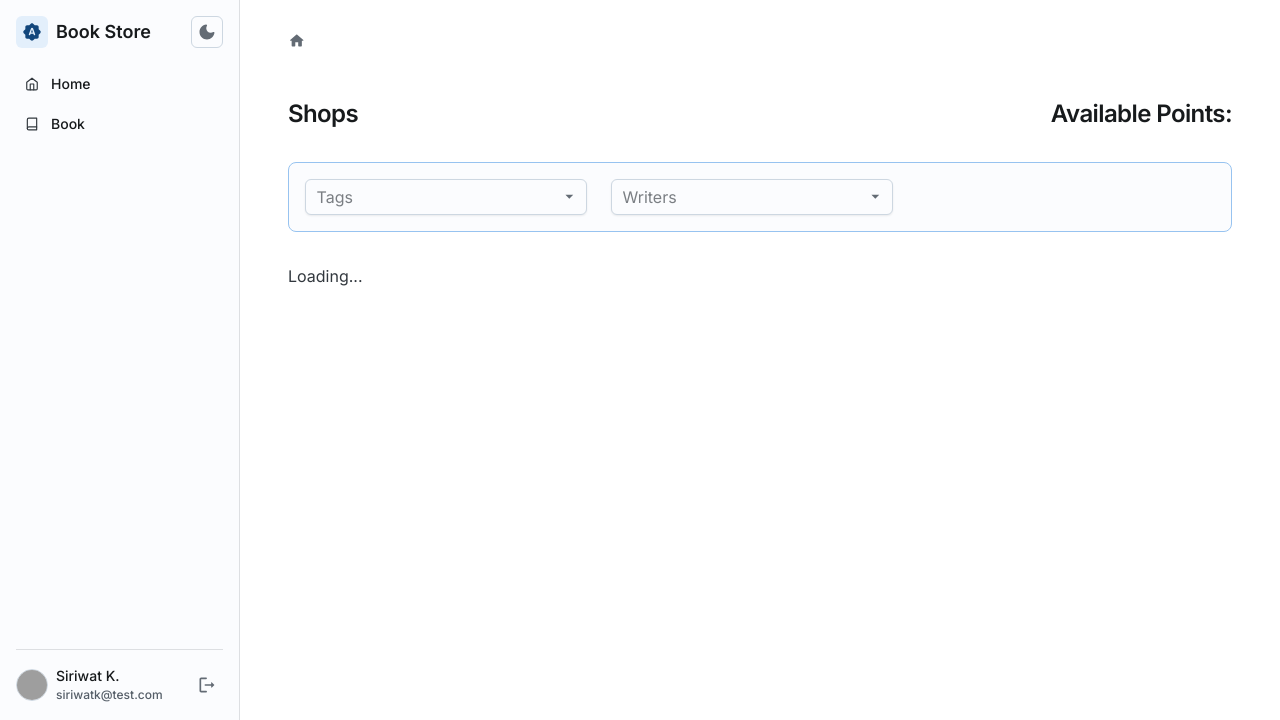
Repository: LaurentiusKevin/bookstore-fe
Page: /
The author's editor kept a copy of each file at every save. The page is drawn from the files as they stood at one save, then again after the next save.
The browser window is 1280 px wide. The pictures show the whole page.
Pictures or frames that could not be fetched are drawn as grey boxes. The page's requests for data from a server got no answer. The project was rebuilt for these pictures with package versions that can differ from the ones it lists, and the page was loaded fresh each time. The framework's server and built-in components were replaced by stand-ins that run in the browser. No one was signed in, and anything a server would have sent is missing. Also part of the build but not shown: next.config.mjs, src/components/book-card.tsx.

Above is the page before, as saved 2024-04-07 05:50:02.

### src/app/layout.tsx
import type { Metadata } from "next";
import { Inter } from "next/font/google";
import "@fontsource/inter";
import ThemeRegistry from "@/components/admin/theme-registry";
import { Providers } from "@/providers";
import { ReactNode } from "react";

const inter = Inter({ subsets: ["latin"] });

export const metadata: Metadata = {
  title: "Create Next App",
  description: "Generated by create next app",
};

export default function RootLayout({
  children,
}: Readonly<{
  children: ReactNode;
}>) {
  return (
    <html lang="en">
      <body suppressHydrationWarning={true}>
        <ThemeRegistry options={{ key: "joy" }}>
          <Providers>{children}</Providers>
        </ThemeRegistry>
      </body>
    </html>
  );
}

### src/app/page.tsx
"use client";

import { bookListAPI, bookPurchaseAPI } from "@/apis/book.api";
import { latestPointAPI } from "@/apis/point.api";
import { tagListAPI } from "@/apis/tag.api";
import { writerListAPI } from "@/apis/writer.api";
import AdminLayout from "@/components/admin/admin-layout";
import BookCard from "@/components/book-card";
import { BookResponse, TagListParams, WriterListParams } from "@/interfaces";
import {
  AspectRatio,
  Autocomplete,
  Box,
  Button,
  Card,
  CardContent,
  Stack,
  Typography,
} from "@mui/joy";
import { useRouter } from "next/navigation";
import { useEffect, useRef, useState } from "react";

export default function Home() {
  const route = useRouter();
  const [page, setPage] = useState(1);
  const [pageSize, setPageSize] = useState(10);
  const [maxPage, setMaxPage] = useState(1);
  const [isLoading, setIsLoading] = useState(false);
  const [books, setBooks] = useState<BookResponse[]>([]);
  const [availablePoint, setAvailablePoint] = useState<number>(0);
  const [writerList, setWriterList] = useState<WriterListParams[]>([]);
  const [tagList, setTagList] = useState<TagListParams[]>([]);
  const [selectedTag, setSelectedTag] = useState<string[]>([]);
  const loaderRef = useRef(null);

  const token = localStorage.getItem("token");

  const initWriterList = async () => {
    const writer = await writerListAPI();

    setWriterList(writer?.data.data);
  };

  const initTagList = async () => {
    const tags = await tagListAPI();

    setTagList(tags?.data.data);
  };

  const initLatestPoint = async () => {
    const res = await latestPointAPI();
    setAvailablePoint(res?.data.data);
  };

  const initBookList = async () => {
    setIsLoading(true);
    const res = await bookListAPI({ page: page, pageSize: pageSize });

    if (res?.data.data.books) {
      setIsLoading(false);
      setBooks((prev) => [...prev, ...res?.data.data.books]);
      setMaxPage(res?.data.data.totalPage);
    }
  };

  const purchase = async (book_id: number) => {
    await bookPurchaseAPI(book_id);
    initLatestPoint();
  };

  useEffect(() => {
    initBookList();
    initLatestPoint();
  }, [page]);

  useEffect(() => {
    const options = {
      root: null,
      rootMargin: "0px",
      threshold: 0.8, // 80% from the top
    };

    const observer = new IntersectionObserver((entries) => {
      entries.forEach((entry) => {
        if (entry.isIntersecting && page <= maxPage) {
          setPage((prevPage) => prevPage + 1); // Load more data when the threshold is reached
        }
      });
    }, options);

    if (loaderRef.current) {
      observer.observe(loaderRef.current);
    }

    return () => {
      if (loaderRef.current) {
        observer.unobserve(loaderRef.current);
      }
    };
  }, []);

  return (
    <AdminLayout>
      <Box
        sx={{
          display: "flex",
          justifyContent: "space-between",
        }}
      >
        <Typography level="h3">Shops</Typography>
        <Typography level="h3">Available Points: {availablePoint}</Typography>
      </Box>
      <Card color="primary">
        <CardContent>
          <Stack flexDirection="row" gap={3}>
            <Autocomplete
              placeholder="Tags"
              multiple
              options={tagList?.map((item) => item.title) ?? []}
              onChange={(event, newValue) => setSelectedTag(newValue)}
            />
            <Autocomplete
              placeholder="Writers"
              multiple
              options={tagList?.map((item) => item.title) ?? []}
              onChange={(event, newValue) => setSelectedTag(newValue)}
            />
          </Stack>
        </CardContent>
      </Card>
      <Stack flexDirection="row" flexWrap="wrap" gap={2}>
        {books?.map((item, key) => (
          <BookCard item={item} purchase={purchase} />
        ))}
        <div ref={loaderRef}>Loading...</div>
      </Stack>
    </AdminLayout>
  );
}

### src/components/admin/theme-registry.tsx
"use client";
import createCache from "@emotion/cache";
import { useServerInsertedHTML } from "next/navigation";
import { CacheProvider } from "@emotion/react";
import { CssVarsProvider } from "@mui/joy/styles";
import CssBaseline from "@mui/joy/CssBaseline";
import * as React from "react";
import { ReactNode } from "react";

// This implementation is from emotion-js
// https://github.com/emotion-js/emotion/issues/2928#issuecomment-1319747902
export default function ThemeRegistry(props: {
  options: { key: string };
  children: ReactNode;
}) {
  const { options, children } = props;

  const [{ cache, flush }] = React.useState(() => {
    const cache = createCache(options);
    cache.compat = true;
    const prevInsert = cache.insert;
    let inserted: string[] = [];
    cache.insert = (...args) => {
      const serialized = args[1];
      if (cache.inserted[serialized.name] === undefined) {
        inserted.push(serialized.name);
      }
      return prevInsert(...args);
    };
    const flush = () => {
      const prevInserted = inserted;
      inserted = [];
      return prevInserted;
    };
    return { cache, flush };
  });

  useServerInsertedHTML(() => {
    const names = flush();
    if (names.length === 0) {
      return null;
    }
    let styles = "";
    for (const name of names) {
      styles += cache.inserted[name];
    }
    return (
      <style
        key={cache.key}
        data-emotion={`${cache.key} ${names.join(" ")}`}
        dangerouslySetInnerHTML={{
          __html: styles,
        }}
      />
    );
  });

  return (
    <CacheProvider value={cache}>
      <CssVarsProvider>
        {/* the custom theme is optional */}
        <CssBaseline />
        {children}
      </CssVarsProvider>
    </CacheProvider>
  );
}

### src/providers.tsx
"use client";

import React, { ReactNode } from "react";

export function Providers({ children }: { children: ReactNode }) {
  return <>{children}</>;
}

### src/apis/book.api.ts
import { AxiosError, AxiosResponse } from "axios";
import axiosInstance from "./axios-instance";
import { BookCreateParams, PaginationParams } from "@/interfaces";

export async function bookListAPI(params: PaginationParams) {
  return await axiosInstance
    .get(`/book?page=${params.page || 1}&pageSize=${params.pageSize || 10}`)
    .then((response: AxiosResponse) => {
      return response;
    })
    .catch((error: AxiosError) => {
      console.error(error);
      return null;
    });
}

export async function bookCreateAPI(params: BookCreateParams) {
  return await axiosInstance
    .post(`/book`, params)
    .then((response: AxiosResponse) => {
      return response;
    })
    .catch((error: AxiosError) => {
      console.error(error);
      return null;
    });
}

export async function bookPurchaseAPI(book_id: number) {
  return await axiosInstance
    .post(`/user-purchase`, { book_id: book_id })
    .then((response: AxiosResponse) => {
      return response;
    })
    .catch((error: AxiosError) => {
      console.error(error);
      return null;
    });
}

### src/apis/point.api.ts
import { AxiosError, AxiosResponse } from "axios";
import axiosInstance from "./axios-instance";

export async function latestPointAPI() {
  return await axiosInstance
    .get(`/point/latest`)
    .then((response: AxiosResponse) => {
      return response;
    })
    .catch((error: AxiosError) => {
      console.error(error);
      return null;
    });
}

### src/apis/tag.api.ts
import { AxiosError, AxiosResponse } from "axios";
import axiosInstance from "./axios-instance";

export async function tagListAPI() {
  return await axiosInstance
    .get(`/tags`)
    .then((response: AxiosResponse) => {
      return response;
    })
    .catch((error: AxiosError) => {
      console.error(error);
      return null;
    });
}

### src/apis/writer.api.ts
import { AxiosError, AxiosResponse } from "axios";
import axiosInstance from "./axios-instance";

export async function writerListAPI() {
  return await axiosInstance
    .get(`/writers`)
    .then((response: AxiosResponse) => {
      return response;
    })
    .catch((error: AxiosError) => {
      console.error(error);
      return null;
    });
}

### src/components/admin/admin-layout.tsx
import { Box, CssBaseline, CssVarsProvider, Stack } from "@mui/joy";
import Sidebar from "@/components/admin/sidebar";
import Header from "@/components/admin/header";
import Typography from "@mui/joy/Typography";
import * as React from "react";
import { ReactNode } from "react";
import AdminBreadcrumbs from "@/components/admin/breadcrumbs";

export default function AdminLayout({
  children,
  contentMaxWidth = undefined,
  pageTitle = undefined,
}: {
  children?: ReactNode;
  contentMaxWidth?: string | undefined;
  pageTitle?: string;
}) {
  return (
    <CssVarsProvider disableTransitionOnChange>
      <CssBaseline />
      <Box sx={{ display: "flex", minHeight: "100dvh" }}>
        <Sidebar />
        <Header />
        <Box
          component="main"
          className="MainContent"
          sx={{
            pt: { xs: "calc(12px + var(--Header-height))", md: 3 },
            pb: { xs: 2, sm: 2, md: 3 },
            flex: 1,
            display: "flex",
            flexDirection: "column",
            minWidth: 0,
            height: "100dvh",
            gap: 1,
            overflow: "auto",
          }}
        >
          <Box sx={{ flex: 1, width: "100%" }}>
            <Box
              sx={{
                position: "sticky",
                top: { sm: -100, md: -110 },
                bgcolor: "background.body",
                // zIndex: 9995,
              }}
            >
              <Box sx={{ px: { xs: 2, md: 6 } }}>
                <AdminBreadcrumbs />
                <Typography level="h2" component="h1" sx={{ mt: 1, mb: 2 }}>
                  {pageTitle}
                </Typography>
              </Box>
              <Stack
                spacing={4}
                sx={{
                  display: "flex",
                  maxWidth: contentMaxWidth,
                  mx: "auto",
                  px: { xs: 2, md: 6 },
                  py: { xs: 2, md: 3 },
                }}
              >
                {children}
              </Stack>
            </Box>
          </Box>
        </Box>
      </Box>
    </CssVarsProvider>
  );
}

### src/apis/axios-instance.ts
import axios from "axios";

const axiosInstance = axios.create({
  baseURL: process.env.NEXT_PUBLIC_API_URL,
});

axiosInstance.interceptors.request.use(async (config) => {
  const accessToken = localStorage.getItem("token") || "";
  config.headers.authorization = accessToken;

  // if (isTokenExpired(accessToken)) {
  //   const newAccessToken = await getNewToken();

  //   config.headers.AuthToken = `${newAccessToken}`;
  // }

  return config;
});

export default axiosInstance;

### src/components/admin/sidebar.tsx
import * as React from "react";
import GlobalStyles from "@mui/joy/GlobalStyles";
import Avatar from "@mui/joy/Avatar";
import Box from "@mui/joy/Box";
import Chip from "@mui/joy/Chip";
import Divider from "@mui/joy/Divider";
import IconButton from "@mui/joy/IconButton";
import List from "@mui/joy/List";
import ListItem from "@mui/joy/ListItem";
import ListItemButton, { listItemButtonClasses } from "@mui/joy/ListItemButton";
import ListItemContent from "@mui/joy/ListItemContent";
import Typography from "@mui/joy/Typography";
import Sheet from "@mui/joy/Sheet";
import HomeRoundedIcon from "@mui/icons-material/HomeRounded";
import AssignmentRoundedIcon from "@mui/icons-material/AssignmentRounded";
import QuestionAnswerRoundedIcon from "@mui/icons-material/QuestionAnswerRounded";
import LogoutRoundedIcon from "@mui/icons-material/LogoutRounded";
import BrightnessAutoRoundedIcon from "@mui/icons-material/BrightnessAutoRounded";
import KeyboardArrowDownIcon from "@mui/icons-material/KeyboardArrowDown";

import ColorSchemeToggle from "@/components/admin/color-scheme-toggle";
import { closeSidebar } from "@/utils";
import { FiBook, FiHome } from "react-icons/fi";

function Toggler({
  defaultExpanded = false,
  renderToggle,
  children,
}: {
  defaultExpanded?: boolean;
  children: React.ReactNode;
  renderToggle: (params: {
    open: boolean;
    setOpen: React.Dispatch<React.SetStateAction<boolean>>;
  }) => React.ReactNode;
}) {
  const [open, setOpen] = React.useState(defaultExpanded);
  return (
    <React.Fragment>
      {renderToggle({ open, setOpen })}
      <Box
        sx={{
          display: "grid",
          gridTemplateRows: open ? "1fr" : "0fr",
          transition: "0.2s ease",
          "& > *": {
            overflow: "hidden",
          },
        }}
      >
        {children}
      </Box>
    </React.Fragment>
  );
}

export default function Sidebar() {
  return (
    <Sheet
      className="Sidebar"
      sx={{
        position: { xs: "fixed", md: "sticky" },
        transform: {
          xs: "translateX(calc(100% * (var(--SideNavigation-slideIn, 0) - 1)))",
          md: "none",
        },
        transition: "transform 0.4s, width 0.4s",
        zIndex: 3,
        height: "100dvh",
        width: "var(--Sidebar-width)",
        top: 0,
        p: 2,
        flexShrink: 0,
        display: "flex",
        flexDirection: "column",
        gap: 2,
        borderRight: "1px solid",
        borderColor: "divider",
      }}
    >
      <GlobalStyles
        styles={(theme) => ({
          ":root": {
            "--Sidebar-width": "220px",
            [theme.breakpoints.up("lg")]: {
              "--Sidebar-width": "240px",
            },
          },
        })}
      />
      <Box
        className="Sidebar-overlay"
        sx={{
          position: "fixed",
          zIndex: 4,
          top: 0,
          left: 0,
          width: "100vw",
          height: "100vh",
          opacity: "var(--SideNavigation-slideIn)",
          backgroundColor: "var(--joy-palette-background-backdrop)",
          transition: "opacity 0.4s",
          transform: {
            xs: "translateX(calc(100% * (var(--SideNavigation-slideIn, 0) - 1) + var(--SideNavigation-slideIn, 0) * var(--Sidebar-width, 0px)))",
            lg: "translateX(-100%)",
          },
        }}
        onClick={() => closeSidebar()}
      />
      <Box sx={{ display: "flex", gap: 1, alignItems: "center" }}>
        <IconButton variant="soft" color="primary" size="sm">
          <BrightnessAutoRoundedIcon />
        </IconButton>
        <Typography level="title-lg">Book Store</Typography>
        <ColorSchemeToggle sx={{ ml: "auto" }} />
      </Box>
      <Box
        sx={{
          minHeight: 0,
          overflow: "hidden auto",
          flexGrow: 1,
          display: "flex",
          flexDirection: "column",
          [`& .${listItemButtonClasses.root}`]: {
            gap: 1.5,
          },
        }}
      >
        <List
          size="sm"
          sx={{
            gap: 1,
            "--List-nestedInsetStart": "30px",
            "--ListItem-radius": (theme) => theme.vars.radius.sm,
          }}
        >
          <ListItem>
            <ListItemButton component="a" href="/admin">
              <FiHome />
              <ListItemContent>
                <Typography level="title-sm">Home</Typography>
              </ListItemContent>
            </ListItemButton>
          </ListItem>
          <ListItem>
            <ListItemButton component="a" href="/admin/book">
              <FiBook />
              <ListItemContent>
                <Typography level="title-sm">Book</Typography>
              </ListItemContent>
            </ListItemButton>
          </ListItem>
        </List>
      </Box>
      <Divider />
      <Box sx={{ display: "flex", gap: 1, alignItems: "center" }}>
        <Avatar
          variant="outlined"
          size="sm"
          src="https://images.unsplash.com/photo-1535713875002-d1d0cf377fde?auto=format&fit=crop&w=286"
        />
        <Box sx={{ minWidth: 0, flex: 1 }}>
          <Typography level="title-sm">Siriwat K.</Typography>
          <Typography level="body-xs">siriwatk@test.com</Typography>
        </Box>
        <IconButton size="sm" variant="plain" color="neutral">
          <LogoutRoundedIcon />
        </IconButton>
      </Box>
    </Sheet>
  );
}

### src/components/admin/header.tsx
import * as React from "react";
import GlobalStyles from "@mui/joy/GlobalStyles";
import IconButton from "@mui/joy/IconButton";
import Sheet from "@mui/joy/Sheet";
import MenuRoundedIcon from "@mui/icons-material/MenuRounded";
import { toggleSidebar } from "@/utils";

export default function Header() {
  return (
    <Sheet
      sx={{
        display: { xs: "flex", md: "none" },
        alignItems: "center",
        justifyContent: "space-between",
        position: "fixed",
        top: 0,
        width: "100vw",
        height: "var(--Header-height)",
        zIndex: 2,
        p: 2,
        gap: 1,
        borderBottom: "1px solid",
        borderColor: "background.level1",
        boxShadow: "sm",
      }}
    >
      <GlobalStyles
        styles={(theme) => ({
          ":root": {
            "--Header-height": "52px",
            [theme.breakpoints.up("md")]: {
              "--Header-height": "0px",
            },
          },
        })}
      />
      <IconButton
        onClick={() => toggleSidebar()}
        variant="outlined"
        color="neutral"
        size="sm"
      >
        <MenuRoundedIcon />
      </IconButton>
    </Sheet>
  );
}

### src/components/admin/breadcrumbs.tsx
"use client";

import ChevronRightRoundedIcon from "@mui/icons-material/ChevronRightRounded";
import Link from "@mui/joy/Link";
import HomeRoundedIcon from "@mui/icons-material/HomeRounded";
import Breadcrumbs from "@mui/joy/Breadcrumbs";
import * as React from "react";
import { usePathname } from "next/navigation";

export default function AdminBreadcrumbs() {
  const paths = usePathname();
  const pathNames = paths
    .replace("-", " ")
    .split("/")
    .filter((path) => path);

  return (
    <Breadcrumbs
      size="sm"
      aria-label="breadcrumbs"
      separator={<ChevronRightRoundedIcon />}
      sx={{ pl: 0 }}
    >
      <Link underline="none" color="neutral" href="/admin" aria-label="Home">
        <HomeRoundedIcon />
      </Link>
      {pathNames.map((item, key) => {
        if (key >= 0 && item != "admin") {
          let href = `/${pathNames.slice(0, key + 1).join("/")}`;

          return (
            <Link
              key={`admin-breadcrumb-${key}`}
              underline="hover"
              color="neutral"
              href={href}
              fontSize={12}
              fontWeight={500}
            >
              {item.charAt(0).toUpperCase() + item.slice(1)}
            </Link>
          );
        }
      })}
    </Breadcrumbs>
  );
}

### src/components/admin/color-scheme-toggle.tsx
import * as React from "react";
import { useColorScheme } from "@mui/joy/styles";
import IconButton, { IconButtonProps } from "@mui/joy/IconButton";

import DarkModeRoundedIcon from "@mui/icons-material/DarkModeRounded";
import LightModeIcon from "@mui/icons-material/LightMode";

export default function ColorSchemeToggle(props: IconButtonProps) {
  const { onClick, sx, ...other } = props;
  const { mode, setMode } = useColorScheme();
  const [mounted, setMounted] = React.useState(false);
  React.useEffect(() => {
    setMounted(true);
  }, []);
  if (!mounted) {
    return (
      <IconButton
        size="sm"
        variant="outlined"
        color="neutral"
        {...other}
        sx={sx}
        disabled
      />
    );
  }
  return (
    <IconButton
      id="toggle-mode"
      size="sm"
      variant="outlined"
      color="neutral"
      {...props}
      onClick={(event) => {
        if (mode === "light") {
          setMode("dark");
        } else {
          setMode("light");
        }
        onClick?.(event);
      }}
      sx={[
        {
          "& > *:first-of-type": {
            display: mode === "dark" ? "none" : "initial",
          },
          "& > *:last-of-type": {
            display: mode === "light" ? "none" : "initial",
          },
        },
        ...(Array.isArray(sx) ? sx : [sx]),
      ]}
    >
      <DarkModeRoundedIcon />
      <LightModeIcon />
    </IconButton>
  );
}

### src/utils.ts
import moment from "moment/moment";

export function openSidebar() {
  if (typeof window !== "undefined") {
    document.body.style.overflow = "hidden";
    document.documentElement.style.setProperty("--SideNavigation-slideIn", "1");
  }
}

export function closeSidebar() {
  if (typeof window !== "undefined") {
    document.documentElement.style.removeProperty("--SideNavigation-slideIn");
    document.body.style.removeProperty("overflow");
  }
}

export function toggleSidebar() {
  if (typeof window !== "undefined" && typeof document !== "undefined") {
    const slideIn = window
      .getComputedStyle(document.documentElement)
      .getPropertyValue("--SideNavigation-slideIn");
    if (slideIn) {
      closeSidebar();
    } else {
      openSidebar();
    }
  }
}

export function dateTimeFormat(datetime: string) {
  return moment(datetime).format("MMM DD, YYYY (hh:mm:ss)");
}

export function roundUp(num: number, precision: number): number {
  precision = Math.pow(10, precision);
  return Math.ceil(num * precision) / precision;
}

After the next save:
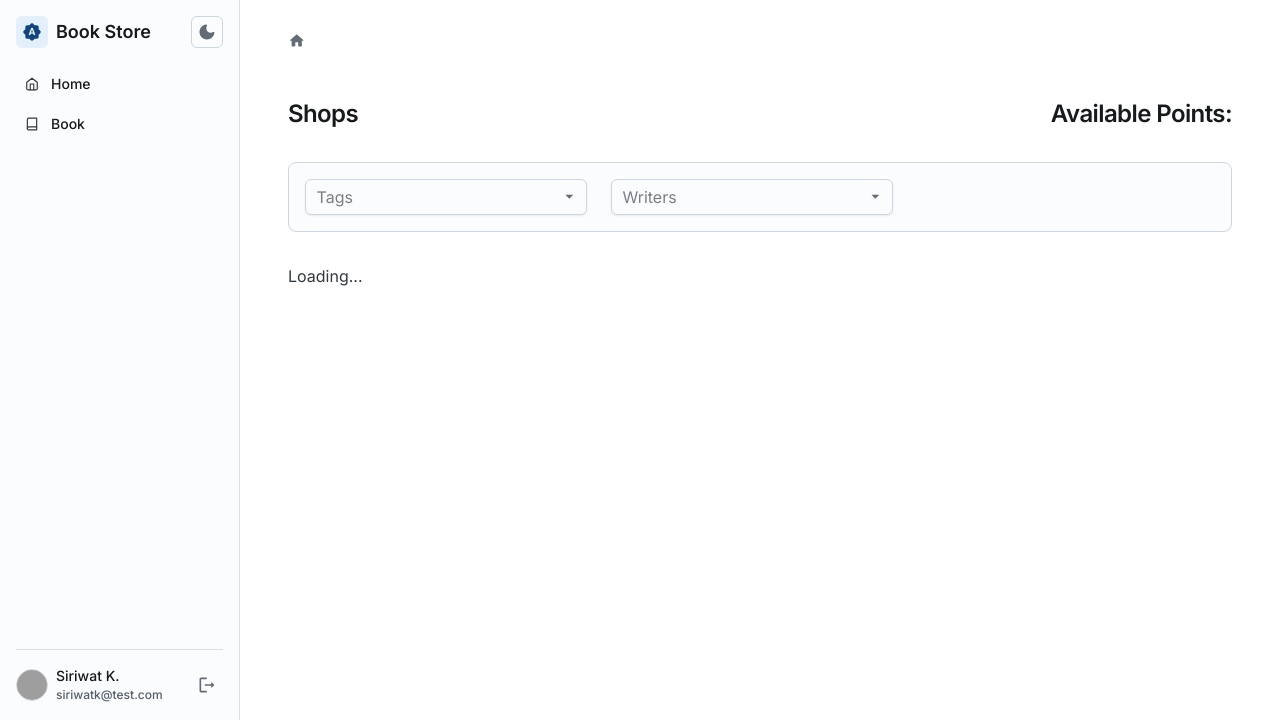
Saved 17 s later.
--- a/src/app/page.tsx
+++ b/src/app/page.tsx
@@ -110,7 +110,7 @@ export default function Home() {
         <Typography level="h3">Shops</Typography>
         <Typography level="h3">Available Points: {availablePoint}</Typography>
       </Box>
-      <Card color="primary">
+      <Card>
         <CardContent>
           <Stack flexDirection="row" gap={3}>
             <Autocomplete
